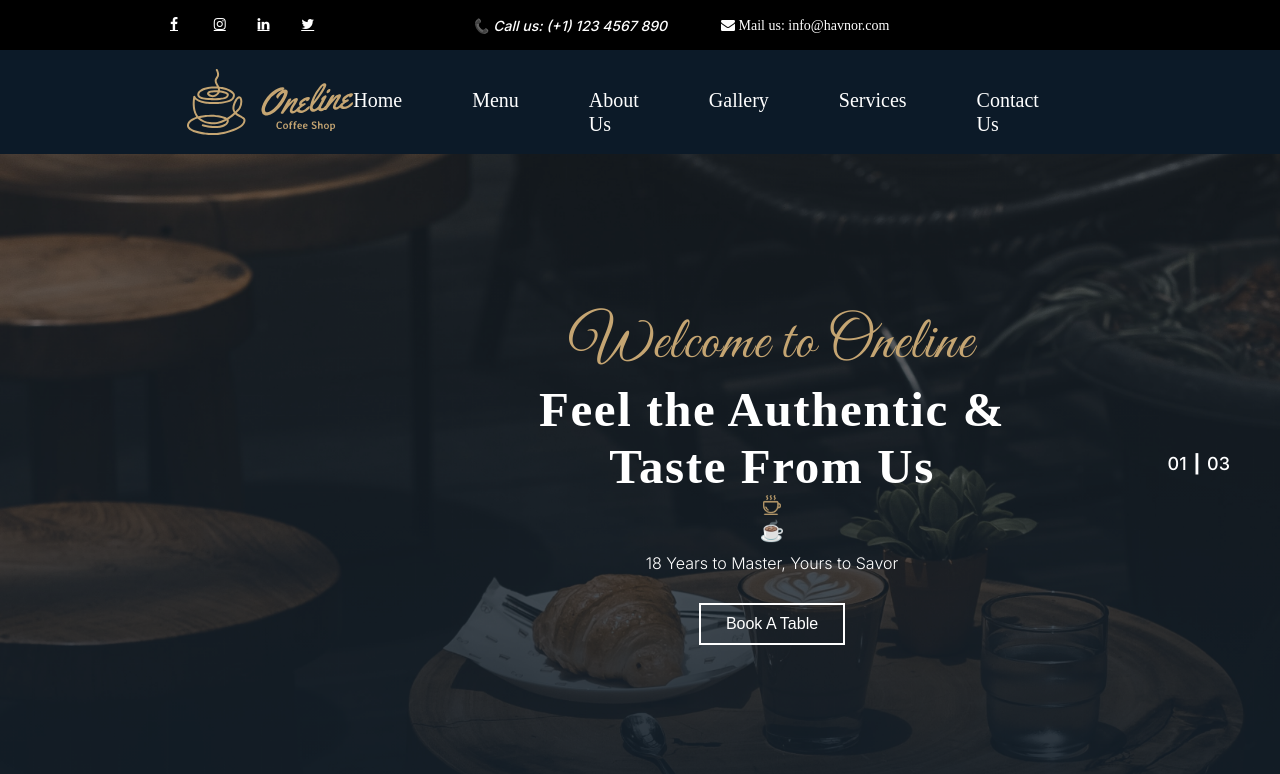
Repository: abhayzulasana/Online-Coffee-Shop
Page: index.html
An editor plug-in stored every save of this project. The page is shown before and after the next save, followed by the edit.
The browser window is 1280 px wide. The pictures show the whole page.

Above is the page before, as saved 2025-05-14 10:14:30.

### index.html
<!DOCTYPE html>
<html lang="en">
<head>
  <meta charset="UTF-8" />
  <meta name="viewport" content="width=device-width, initial-scale=1.0" />
  <title>Oneline Coffee Shop</title>
  <link rel="stylesheet" href="style.css" />
  <link rel="stylesheet" href="https://cdnjs.cloudflare.com/ajax/libs/font-awesome/4.7.0/css/font-awesome.min.css">

  <link rel="preconnect" href="https://fonts.googleapis.com" />
  <link rel="preconnect" href="https://fonts.gstatic.com" crossorigin />
  <link href="https://fonts.googleapis.com/css2?family=Great+Vibes&family=Inter:wght@300;500;700&display=swap" rel="stylesheet">
</head>
<body>
  <header class="top-bar">
    <div class="social-icons">
      <a href="#" class="fa fa-facebook"></a>
      <a href="#" class="fa fa-instagram"></a>
      <a href="#" class="fa fa-linkedin"></a>
      <a href="#" class="fa fa-twitter"></a>

    </div>
    <div class="contact-info">
      <i class="call"> 📞   Call us: (+1) 123 4567 890</i>
      <i class="fa fa-envelope">    Mail us: info@havnor.com</i>

    </div>
  </header>

  <nav class="navbar">
    <div class="logo">
      <img src="img/cafelogo.svg">
      <!-- <span>☕</span>
      <span class="logo-text">Oneline <small>Coffee Shop</small></span> -->
    </div>
    <ul class="nav-links">
      <li>Home</li>
      <li>Menu</li>
      <li>About Us</li>
      <li>Gallery</li>
      <li>Services</li>
      <li>Contact Us</li>
    </ul>
  </nav>

  <section class="hero">
    <div class="hero-content">
  <center>
      <h2>Welcome to Oneline</h2>
      <h1>Feel the Authentic & Taste From Us</h1>
      <img src="img/cafe.svg">

      <div class="divider">☕</div>
      <p>18 Years to Master, Yours to Savor</p>
      <button>Book A Table</button>
    </div>
  </center>
    <div class="scroll-number">
      <span>01</span>
      <span>┃</span>
      <span>03</span>
    </div>
  </section>
</body>
</html>

### style.css
/* Reset & Base */
* {
    margin: 0;
    padding: 0px;
    box-sizing: border-box;
  }

  body {
    font-family: 'Inter', sans-serif;
    color: white;
    /* margin-left:90px; */
    height: 100vh;
  }

  /* Top Bar */
  .top-bar {
    top: 0px;
    width: 100%;
    height: 50px;
    background-color: #000;
    color: white;
    display: flex;
    justify-content: space-between;
    padding: 10px 30px;
    font-size: 14px;

  }

  .social-icons a {
    margin-top:7px;
    width:40px;
    height: 17px;

    /* margin-right: 10px; */
    color: white;
    /* margin-left: 0px; */
    /* gap: 10px; */
  }
  .fa-facebook{
    margin-left: 140px;
  }
  .contact-info{
      display: flex;
      gap: 40px;
      margin-right: 320px;
      font-family: 'Inter', sans-serif;

      align-items: center;

  }
  .call{
      /* gap: 70px; */
      font-family: 'Inter', sans-serif;

      /* font: normal normal medium 16px/19px Montserrat; */
      width: 209px;
  }
  .fa-envelope{
    width: 209px;
    font-family: 'Inter', sans-serif;

  }

  /* Navbar */
  .navbar {
    top: 47px;
    margin-left: 0px;
    width: 100%;
    height: 104px;
    background-color: #0c1a28;
    display: flex;
    justify-content: space-between;
    text-align: left;
    /* align-items: center; */
    padding: 15px 50px;
  }

  .logo {
    display: flex;
    align-items: center;
    font-size: 70px;
    /* color: #C5A572; */
  }
.logo img{
  margin-left: 137px;
}
  /* .logo span{
    margin-left: 50px;
    color: #C5A572;
  } */
  .logo-text {
    top: 81px;
    width: 92px;
    height: px;
    color: #C5A572;
    font-family: 'Great Vibes', cursive;
    margin-left: 210px;
    font-size: 45px;
  }

  .logo-text small {
    display: block;
    font-size: 12px;
    font-family: 'Inter', sans-serif;
  }

  .nav-links {
    /* margin-left: 57px; */
    margin-right: 290px;
    margin-top: 23px;
    height: 24px;
    list-style: none;
    display: flex;
    gap: 70px;
    /* text-align: left; */
    font: normal normal normal 20px/24px Montserrat;
    color: #FFFFFF;
    opacity: 1;
  }

  .nav-links li {
    cursor: pointer;
  }

  /* Hero Section */
  .hero {
    top: 151px;
    left: 0px;
    width: 100%;
    height: 500px;
    display: flex;
    justify-content: space-between;
    align-items: center;
    height: calc(100vh - 100px);
    padding: 0 50px;
    background: url('img/bgcafe.png');
  background-repeat: no-repeat;
  background-size: cover;
  background-position: center;
  }

  .hero-content {
    top: 398px;
    margin-left: 427px;
    width: 857px;
    height: 317px;
    max-width: 50%;
  }

  .hero-content h2 {
    /* text-align: left; */
    font: normal normal normal 60px/75px Great Vibes;
    letter-spacing: 1.2px;
    color: #C5A572;

  }

  .hero-content h1 {
    font: normal normal normal ;
    font-family:Bellefair;
    font-size: 49px;
    letter-spacing: 1.6px;

    /* margin-bottom: 20px; */
  }

  .divider {
    font-size: 20px;
    color: #d4af37;
    margin-bottom: 10px;
  }

  .hero-content p {
    margin-bottom: 30px;
    font-weight: 300;
  }

  .hero-content button {
    padding: 10px 25px;
    font-size: 16px;
    background-color: transparent;
    border: 2px solid white;
    color: white;
    cursor: pointer;
    transition: 0.3s;
  }

  .hero-content button:hover {
    background-color: white;
    color: #000;
  }

  .scroll-number {
    text-align: center;
    font-size: 18px;
    line-height: 1.8;
  }

After the next save:
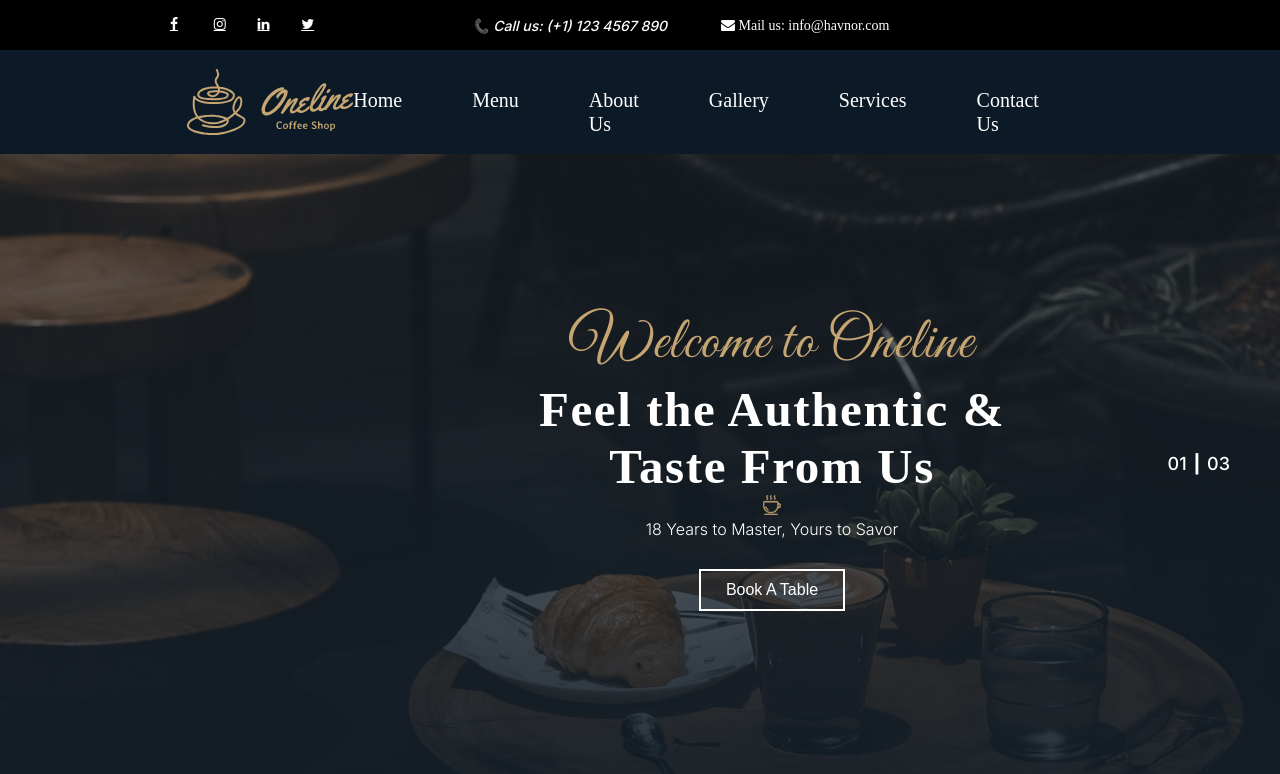
Saved 20 s later.
--- a/index.html
+++ b/index.html
@@ -50,7 +50,7 @@
       <h1>Feel the Authentic & Taste From Us</h1>
       <img src="img/cafe.svg">
 
-      <div class="divider">☕</div>
+      <!-- <div class="divider">☕</div> -->
       <p>18 Years to Master, Yours to Savor</p>
       <button>Book A Table</button>
     </div>
